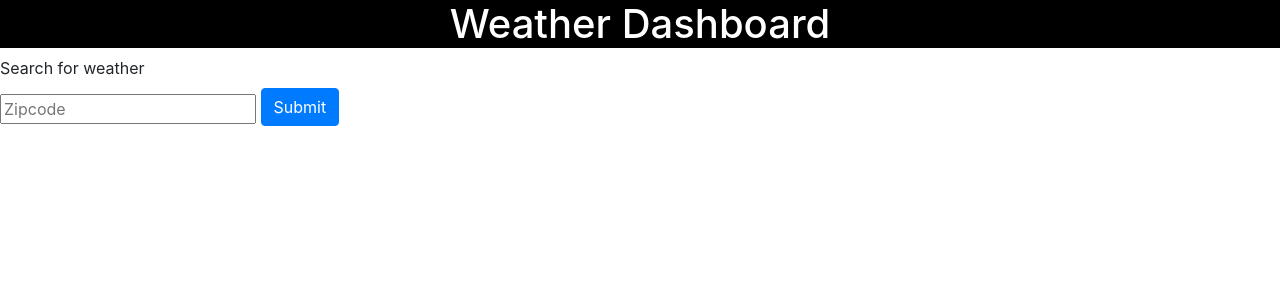
Repository: s88leigh/Weather-Dashboard
Page: index.html
The author's editor kept a copy of each file at every save. The page is drawn from the files as they stood at one save, then again after the next save.
The browser window is 1280 px wide. The pictures show the whole page.

Above is the page before, as saved 2019-10-30 20:18:48.

After the next save:
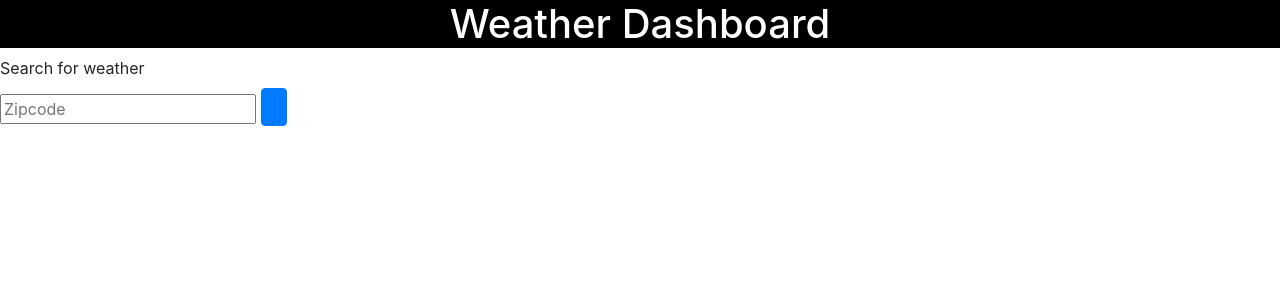
Saved 4 s later.
--- a/index.html
+++ b/index.html
@@ -21,7 +21,7 @@
             <input type="text" id="movie-input" placeholder="Zipcode">
 
             <!-- Button will trigger new zipcode to be added -->
-            <input id="add zipcode" class="btn btn-primary mb-2" type="submit"
+            <input id="add zipcode" class="btn btn-primary mb-2" type="submit" value=""
         </form>
 
     </div>
